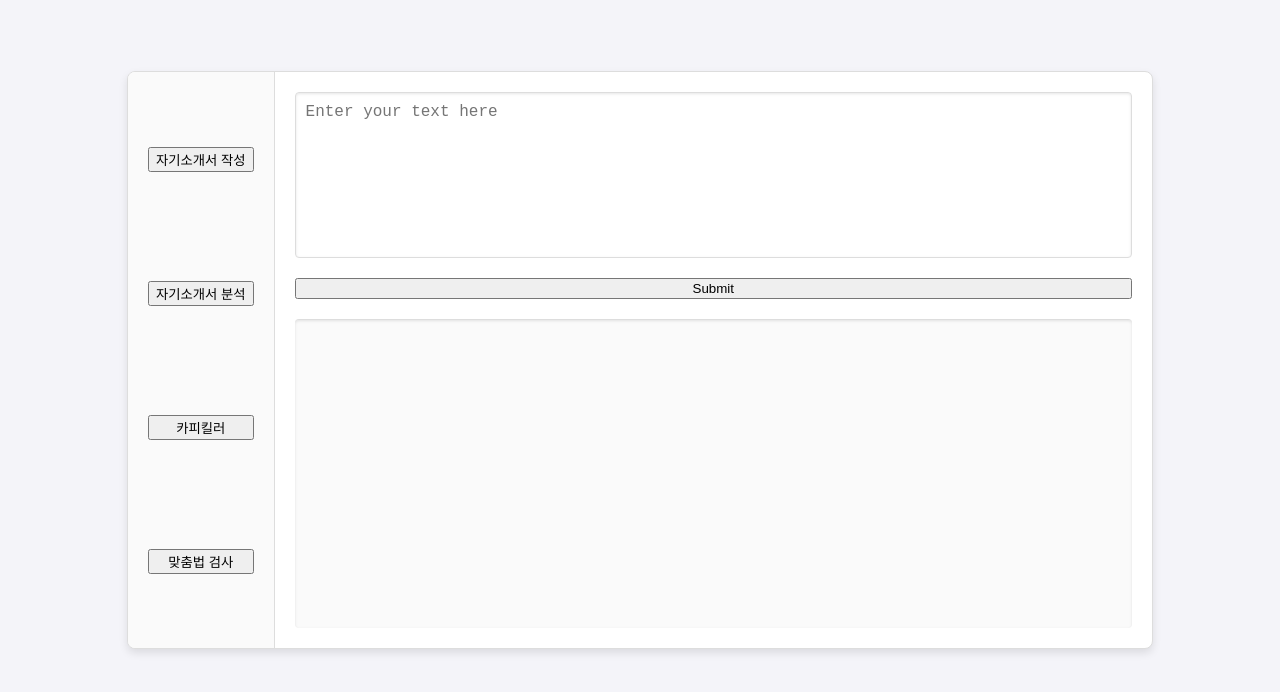
Repository: Choi9912/Flask_IntroduceGPT
Page: http://localhost/
The author's editor kept a copy of each file at every save. The page is drawn from the files as they stood at one save, then again after the next save.
The browser window is 1280 px wide. The pictures show the whole page.
The page is served by the project's application, run on Flask 3 (app.py).

Above is the page before, as saved 2024-07-30 12:15:17.

### templates/index.html
<!doctype html>
<html lang="en">
<head>
    <meta charset="UTF-8">
    <title>AI Q&A</title>
    <link rel="stylesheet" href="{{ url_for('static', filename='style.css') }}">
</head>
<body>
    <div class="container">
        <div class="sidebar">
            <button id="sendBtn">자기소개서 작성</button>
            <button id="analyzeBtn">자기소개서 분석</button>
            <button id="plagiarismBtn">카피킬러</button>
            <button id="spellCheckBtn">맞춤법 검사</button>
        </div>
        <div class="content">
            <textarea id="inputArea" placeholder="Enter your text here" spellcheck="false"></textarea>
            <button id="actionBtn">Submit</button>
            <div id="output"></div>
        </div>
    </div>
    <script src="{{ url_for('static', filename='script.js') }}"></script>
</body>
</html>

### app.py
from flask import Flask, request, jsonify, render_template
import requests
import logging
import os

from dotenv import load_dotenv

load_dotenv()
API_URL = os.getenv('API_URL')
# Configure logging
logging.basicConfig(level=logging.DEBUG)

app = Flask(__name__)

class SelfIntroductionAnalyzer:
    def __init__(self, api_url):
        self.api_url = api_url

    def analyze(self, introduction, method):
        if method == 'iterative_refinement':
            return self.iterative_refinement(introduction)
        elif method == 'step_by_step':
            return self.step_by_step(introduction)
        elif method == 'few_shot':
            return self.few_shot(introduction)
        elif method == 'constraint_setting':
            return self.constraint_setting(introduction)
        else:
            return 'Error: Invalid method'

    def iterative_refinement(self, introduction):
        return self.send_request(self.create_messages(introduction))

    def step_by_step(self, introduction):
        steps = [
            "단계 1: 자기소개서를 분석합니다.",
            "단계 2: 주요 포인트와 주제를 식별합니다.",
            "단계 3: 구조와 일관성을 평가합니다."
        ]
        messages = self.create_messages(introduction, " ".join(steps))
        return self.send_request(messages)

    def few_shot(self, introduction):
        examples = [
            {"role": "user", "content": "자기소개서의 강점을 분석해주세요.", "role": "assistant", "content": "자기소개서의 강점은 명확한 목표 설정과 구체적인 경험 사례입니다."},
            {"role": "user", "content": "자기소개서에서 개선할 점을 알려주세요.", "role": "assistant", "content": "자기소개서의 개선할 점은 내용의 일관성과 논리적 흐름입니다."}
        ]
        messages = self.create_messages(introduction, examples=examples)
        return self.send_request(messages)

    def constraint_setting(self, introduction):
        constraints = "최대한 자세하게 알려주세요."
        messages = self.create_messages(introduction, constraints)
        return self.send_request(messages)

    def create_messages(self, introduction, additional_content="", examples=None):
        messages = [
            {"role": "system", "content": "당신은 자기소개서를 분석하는 AI입니다."},
            {"role": "user", "content": f"다음 자기소개서를 분석해주세요: {introduction} {additional_content}"}
        ]
        if examples:
            messages = [{"role": ex["role"], "content": ex["content"]} for ex in examples] + messages
        return messages

    def send_request(self, messages):
        try:
            response = requests.post(self.api_url, json=messages)
            response.raise_for_status()
            return response.json().get('choices')[0]['message']['content']
        except requests.RequestException as e:
            logging.error(f"Error in SelfIntroductionAnalyzer: {e}")
            return 'Error: Unable to get a response from the API'


class SelfIntroductionWriter:
    def __init__(self, api_url):
        self.api_url = api_url

    def write(self, prompt, method):
        if method == 'iterative_refinement':
            return self.iterative_refinement(prompt)
        elif method == 'step_by_step':
            return self.step_by_step(prompt)
        elif method == 'few_shot':
            return self.few_shot(prompt)
        elif method == 'constraint_setting':
            return self.constraint_setting(prompt)
        else:
            return 'Error: Invalid method'

    def iterative_refinement(self, prompt):
        return self.send_request(self.create_messages(prompt))

    def step_by_step(self, prompt):
        steps = [
            "단계 1. 소제목을 넣자: 자기소개서에 소제목을 추가합니다.",
            "단계 2. 두괄식으로 작성하자: 결론부터 말하고 자세한 내용을 덧붙입니다.",
            "단계 3. 문장을 간결하게, 문단을 나눠서 쓰자: 간결하고 명확한 문장을 사용하고, 적절한 문단 나누기로 가독성을 높입니다."
   ]
        messages = self.create_messages(prompt, " ".join(steps))
        return self.send_request(messages)

    def few_shot(self, prompt):
        examples = [
            {
                "role": "user",
                "content": "자기소개서를 작성해주세요.",
                "role": "assistant",
                "content": (
                    "① 경력 소개: 저는 열정적이고 성실한 사람입니다. "
                    "② 성장 과정: 다양한 경험을 통해 성장했습니다. "
                    "③ 결론: 저의 협력과 도전정신을 바탕으로 회사에 기여하고 싶습니다."
                )
            },
            {
                "role": "user",
                "content": "자기소개서의 핵심을 작성해주세요.",
                "role": "assistant",
                "content": (
                    "- 소개: 저는 협력과 도전정신을 중요시합니다. "
                    "- 경험: 항상 새로운 것을 배우고자 합니다. "
                    "- 목표: 이러한 태도로 귀사에 큰 기여를 하고 싶습니다."
                )
            }
        ]
        messages = self.create_messages(prompt, examples=examples)
        return self.send_request(messages)

    def constraint_setting(self, prompt):
        constraints = "소제목을 포함하고, 두괄식으로 작성하며, 문장을 간결하게 쓰고, 문단을 나누어 주세요."
        messages = self.create_messages(prompt, constraints)
        return self.send_request(messages)

    def create_messages(self, prompt, additional_content="", examples=None):
        messages = [
            {"role": "system", "content": "당신은 자기소개서를 작성하는 AI입니다."},
            {"role": "user", "content": f"다음 프롬프트로 자기소개서를 작성해주세요: {prompt} {additional_content}"}
        ]
        if examples:
            messages = [{"role": ex["role"], "content": ex["content"]} for ex in examples] + messages
        return messages

    def send_request(self, messages):
        try:
            response = requests.post(self.api_url, json=messages)
            response.raise_for_status()
            return response.json().get('choices')[0]['message']['content']
        except requests.RequestException as e:
            logging.error(f"Error in SelfIntroductionWriter: {e}")
            return 'Error: Unable to get a response from the API'



class PlagiarismDetector:
    def __init__(self, api_url):
        self.api_url = api_url

    def check_plagiarism(self, text, method):
        if method == 'iterative_refinement':
            return self.iterative_refinement(text)
        elif method == 'step_by_step':
            return self.step_by_step(text)
        elif method == 'few_shot':
            return self.few_shot(text)
        elif method == 'constraint_setting':
            return self.constraint_setting(text)
        else:
            return 'Error: Invalid method'

    def iterative_refinement(self, text):
        return self.send_request(self.create_messages(text))

    def step_by_step(self, text):
        steps = [
            "단계 1: 텍스트를 분석합니다.",
            "단계 2: 주요 포인트와 주제를 식별합니다.",
            "단계 3: 문장 구조와 단어 선택을 평가합니다.",
            "단계 4: 아이디어의 독창성을 평가합니다.",
            "단계 5: 다른 출처와의 유사성을 평가합니다."
        ]
        messages = self.create_messages(text, " ".join(steps))
        return self.send_request(messages)

    def few_shot(self, text):
        examples = [
            {"role": "user", "content": "다음 텍스트의 표절 여부를 검사해주세요.", "role": "assistant", "content": "이 텍스트는 다음 알려진 텍스트와 유사합니다: [알려진 텍스트]."},
            {"role": "user", "content": "이 텍스트는 표절인가요?", "role": "assistant", "content": "이 텍스트는 [알려진 텍스트]와 유사하므로 표절로 간주됩니다."}
        ]
        messages = self.create_messages(text, examples=examples)
        return self.send_request(messages)

    def constraint_setting(self, text):
        constraints = "텍스트의 모든 부분을 꼼꼼히 검사하고, 문장 구조, 단어 선택, 아이디어의 독창성을 고려하여 다른 출처와의 유사성을 평가해주세요."
        messages = self.create_messages(text, constraints)
        return self.send_request(messages)

    def create_messages(self, text, additional_content="", examples=None):
        messages = [
            {"role": "system", "content": "당신은 텍스트를 분석하여 표절 여부를 판단하는 AI입니다."},
            {"role": "user", "content": f"다음 텍스트의 표절 여부를 검사해주세요: {text} {additional_content}"}
        ]
        if examples:
            messages = [{"role": ex["role"], "content": ex["content"]} for ex in examples] + messages
        return messages

    def send_request(self, messages):
        try:
            response = requests.post(self.api_url, json=messages)
            response.raise_for_status()
            return response.json().get('choices')[0]['message']['content']
        except requests.RequestException as e:
            logging.error(f"Error in PlagiarismDetector: {e}")
            return 'Error: Unable to get a response from the API'



class SpellChecker:
    def __init__(self, api_url):
        self.api_url = api_url

    def check(self, text, method):
        if method == 'iterative_refinement':
            return self.iterative_refinement(text)
        elif method == 'step_by_step':
            return self.step_by_step(text)
        elif method == 'few_shot':
            return self.few_shot(text)
        elif method == 'constraint_setting':
            return self.constraint_setting(text)
        else:
            return 'Error: Invalid method'

    def iterative_refinement(self, text):
        return self.send_request(self.create_messages(text))

    def step_by_step(self, text):
        steps = [
            "단계 1: 텍스트를 분석합니다.",
            "단계 2: 철자 오류를 식별합니다.",
            "단계 3: 문법 오류를 식별합니다.",
            "단계 4: 문장 구조를 평가합니다.",
            "단계 5: 전체 텍스트의 일관성을 평가합니다."
        ]
        messages = self.create_messages(text, " ".join(steps))
        return self.send_request(messages)

    def few_shot(self, text):
        examples = [
            {"role": "user", "content": "다음 텍스트의 맞춤법을 검사해주세요.", "role": "assistant", "content": "이 텍스트에는 다음과 같은 철자 오류가 있습니다: [오류 예시]."},
            {"role": "user", "content": "이 텍스트의 문법 오류를 수정해주세요.", "role": "assistant", "content": "이 텍스트에는 다음과 같은 문법 오류가 있습니다: [오류 예시]."}
        ]
        messages = self.create_messages(text, examples=examples)
        return self.send_request(messages)

    def constraint_setting(self, text):
        constraints = "텍스트의 철자와 문법을 철저히 검사하고, 문장 구조와 일관성을 고려하여 전체 텍스트를 평가해주세요."
        messages = self.create_messages(text, constraints)
        return self.send_request(messages)

    def create_messages(self, text):
        return [
            {"role": "system", "content": "당신은 맞춤법 검사 AI입니다."},
            {"role": "user", "content": f"다음 글의 맞춤법을 확인해주세요: {text}"}
        ]

    def send_request(self, messages):
        try:
            response = requests.post(self.api_url, json=messages)
            response.raise_for_status()
            return response.json().get('choices')[0]['message']['content']
        except requests.RequestException as e:
            logging.error(f"Error in SpellChecker: {e}")
            return 'Error: Unable to get a response from the API'


class PromptOptimizerApp:
    def __init__(self, analyzer, writer, plagiarism_detector, spell_checker):
        self.app = Flask(__name__)
        self.analyzer = analyzer
        self.writer = writer
        self.plagiarism_detector = plagiarism_detector
        self.spell_checker = spell_checker
        self.setup_routes()

    def setup_routes(self):
        self.app.add_url_rule('/', 'index', self.index)
        self.app.add_url_rule('/generate', 'generate', self.generate, methods=['POST'])
        self.app.add_url_rule('/analyze', 'analyze', self.analyze_route, methods=['POST'])
        self.app.add_url_rule('/write', 'write', self.write_route, methods=['POST'])
        self.app.add_url_rule('/plagiarism_check', 'plagiarism_check', self.plagiarism_check_route, methods=['POST'])
        self.app.add_url_rule('/spell_check', 'spell_check', self.spell_check_route, methods=['POST'])

    def index(self):
        return render_template('index.html')

    def generate(self):
        data = request.get_json()
        question = data.get('question')
        logging.debug(f"Received question: {question}")

        answer = self.writer.iterative_refinement(question)
        return jsonify({'answer': answer})

    def analyze_route(self):
        data = request.get_json()
        introduction = data.get('introduction')
        method = data.get('method', 'iterative_refinement')  # Default to 'iterative_refinement'
        logging.debug(f"Received introduction: {introduction} with method: {method}")
        analysis = self.analyzer.analyze(introduction, method)
        return jsonify({'analysis': analysis})

    def write_route(self):
        data = request.get_json()
        prompt = data.get('prompt')
        method = data.get('method', 'iterative_refinement')  # Default to 'iterative_refinement'
        logging.debug(f"Received prompt: {prompt} with method: {method}")
        writing = self.writer.write(prompt, method)
        return jsonify({'writing': writing})

    def plagiarism_check_route(self):
        data = request.get_json()
        text = data.get('text')
        method = data.get('method', 'iterative_refinement')  # Default to 'iterative_refinement'
        logging.debug(f"Received text for plagiarism check: {text} with method: {method}")
        report = self.plagiarism_detector.check_plagiarism(text, method)

        return jsonify({'plagiarism_report': report})


    def spell_check_route(self):
        data = request.get_json()
        text = data.get('text')
        method = data.get('method', 'iterative_refinement')  # Default to 'iterative_refinement'
        logging.debug(f"Received text for spell check: {text} with method: {method}")
        report = self.spell_checker.check(text, method)
        return jsonify({'spell_check_report': report})

    def run(self):
        self.app.run(debug=True)

if __name__ == '__main__':
    analyzer = SelfIntroductionAnalyzer(API_URL)
    writer = SelfIntroductionWriter(API_URL)
    plagiarism_detector = PlagiarismDetector(API_URL)
    spell_checker = SpellChecker(API_URL)
    app_instance = PromptOptimizerApp(analyzer, writer, plagiarism_detector, spell_checker)
    app_instance.run()

### static/style.css
body {
    display: flex;
    justify-content: center;
    align-items: center;
    height: 100vh;
    margin: 0;
    font-family: Arial, sans-serif;
    background-color: #f4f4f9;
}

.container {
    display: flex;
    border: 1px solid #ddd;
    border-radius: 8px;
    box-shadow: 0 4px 8px rgba(0, 0, 0, 0.1);
    width: 80%;
    height: 80%;
    background-color: #fff;
    overflow: hidden;
    animation: fadeIn 1s ease-in-out;
}

.sidebar {
    display: flex;
    flex-direction: column;
    justify-content: space-around;
    padding: 20px;
    border-right: 1px solid #ddd;
    background-color: #fafafa;
    animation: slideIn 0.5s ease-in-out;
}

.sidebar-btn {
    padding: 15px;
    margin: 10px 0;
    border: 1px solid #ddd;
    border-radius: 4px;
    background-color: #ffffff;
    cursor: pointer;
    font-size: 16px;
    transition: background-color 0.3s, box-shadow 0.3s, transform 0.3s;
}

.sidebar-btn:hover {
    background-color: #f0f0f0;
    box-shadow: 0 4px 8px rgba(0, 0, 0, 0.1);
    transform: translateY(-2px);
}

.content {
    flex: 1;
    display: flex;
    flex-direction: column;
    padding: 20px;
    position: relative;
    animation: fadeIn 1s ease-in-out;
}

#inputArea {
    flex: 1;
    margin-bottom: 20px;
    padding: 10px;
    font-size: 16px;
    border: 1px solid #ddd;
    border-radius: 4px;
    resize: none;
    box-shadow: inset 0 1px 3px rgba(0, 0, 0, 0.1);
    transition: border-color 0.3s, box-shadow 0.3s;
}

#inputArea:focus {
    border-color: #007bff;
    box-shadow: 0 0 5px rgba(0, 123, 255, 0.5);
}

.submit-btn {
    position: absolute;
    top: 20px;
    right: 20px;
    padding: 10px 20px;
    cursor: pointer;
    background-color: #007bff;
    color: #fff;
    border: none;
    border-radius: 4px;
    font-size: 16px;
    transition: background-color 0.3s, box-shadow 0.3s, transform 0.3s;
}

.submit-btn:hover {
    background-color: #0056b3;
    box-shadow: 0 4px 8px rgba(0, 0, 0, 0.1);
    transform: translateY(-2px);
}

#output {
    flex: 2;
    margin-top: 20px;
    border-top: 1px solid #ddd;
    padding: 10px;
    overflow-y: auto;
    background-color: #fafafa;
    border-radius: 4px;
    box-shadow: inset 0 1px 3px rgba(0, 0, 0, 0.1);
    animation: fadeIn 1s ease-in-out;
}

/* Animations */
@keyframes fadeIn {
    from { opacity: 0; }
    to { opacity: 1; }
}

@keyframes slideIn {
    from { transform: translateX(-100%); }
    to { transform: translateX(0); }
}

### static/script.js
document.addEventListener('DOMContentLoaded', function() {
    const sendBtn = document.getElementById('sendBtn');
    const analyzeBtn = document.getElementById('analyzeBtn');
    const plagiarismBtn = document.getElementById('plagiarismBtn');
    const spellCheckBtn = document.getElementById('spellCheckBtn');
    const actionBtn = document.getElementById('actionBtn');
    const inputArea = document.getElementById('inputArea');
    const outputDiv = document.getElementById('output');

    let currentAction = null;

    sendBtn.addEventListener('click', () => {
        currentAction = 'generate';
        inputArea.placeholder = 'Enter your question here';
    });

    analyzeBtn.addEventListener('click', () => {
        currentAction = 'analyze';
        inputArea.placeholder = 'Enter your self-introduction here';
    });

    plagiarismBtn.addEventListener('click', () => {
        currentAction = 'plagiarism_check';
        inputArea.placeholder = 'Enter your text for plagiarism check';
    });

    spellCheckBtn.addEventListener('click', () => {
        currentAction = 'spell_check';
        inputArea.placeholder = 'Enter your text for spell check';
    });

    actionBtn.addEventListener('click', () => {
        const text = inputArea.value;
        if (text.trim() === '' || !currentAction) return;

        let url;
        const body = {};

        switch (currentAction) {
            case 'generate':
                url = '/generate';
                body.question = text;
                break;
            case 'analyze':
                url = '/analyze';
                body.introduction = text;
                body.method = 'iterative_refinement'; // Default method
                break;
            case 'plagiarism_check':
                url = '/plagiarism_check';
                body.text = text;
                body.method = 'iterative_refinement'; // Default method
                break;
            case 'spell_check':
                url = '/spell_check';
                body.text = text;
                body.method = 'iterative_refinement'; // Default method
                break;
            default:
                return;
        }

        console.log(`Sending request to ${url} with body:`, body);

        actionBtn.disabled = true;
        outputDiv.textContent = 'Loading...';

        fetch(url, {
            method: 'POST',
            headers: {
                'Content-Type': 'application/json'
            },
            body: JSON.stringify(body)
        })
        .then(response => response.json())
        .then(data => {
            console.log('Received response:', data);
            let resultText;
            switch (currentAction) {
                case 'generate':
                    resultText = `Generated Response: ${data.answer || 'No response'}`;
                    break;
                case 'analyze':
                    resultText = `Analysis Result: ${data.analysis || 'No response'}`;
                    break;
                case 'plagiarism_check':
                    resultText = `Plagiarism Report: ${data.plagiarism_report || 'No report'}`;
                    break;
                case 'spell_check':
                    resultText = `Spell Check Report: ${data.spell_check_report || 'No report'}`;
                    break;
                default:
                    resultText = 'No valid action performed.';
            }
            outputDiv.textContent = resultText;
        })
        .catch(error => {
            console.error('Error:', error);
            outputDiv.textContent = 'Error: Unable to get a response from the server.';
        })
        .finally(() => {
            // Re-enable the action button and clear the input
            actionBtn.disabled = false;
            inputArea.value = '';
        });
    });
});

After the next save:
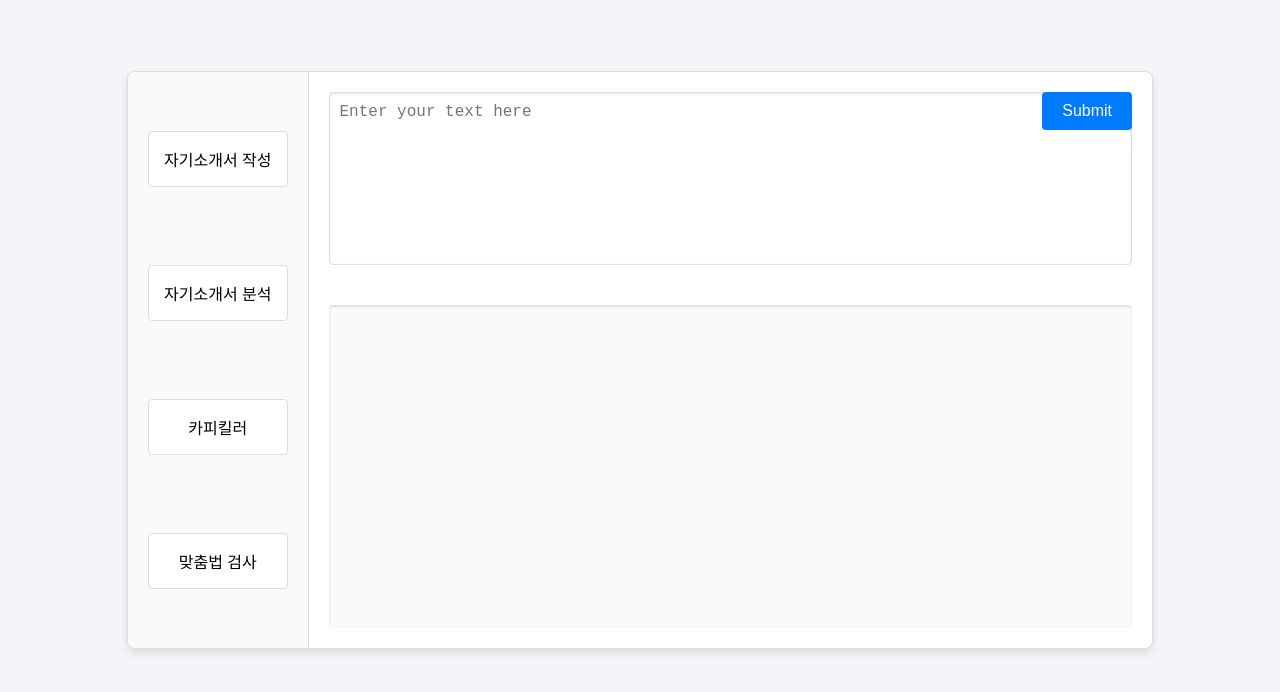
Saved 89 s later.
--- a/templates/index.html
+++ b/templates/index.html
@@ -3,22 +3,23 @@
 <head>
     <meta charset="UTF-8">
     <title>AI Q&A</title>
-    <link rel="stylesheet" href="{{ url_for('static', filename='style.css') }}">
+    <link rel="stylesheet" href="style.css">
+    <link href="https://fonts.googleapis.com/css2?family=Roboto:wght@400;500;700&display=swap" rel="stylesheet">
 </head>
 <body>
     <div class="container">
         <div class="sidebar">
-            <button id="sendBtn">자기소개서 작성</button>
-            <button id="analyzeBtn">자기소개서 분석</button>
-            <button id="plagiarismBtn">카피킬러</button>
-            <button id="spellCheckBtn">맞춤법 검사</button>
+            <button class="sidebar-btn" id="sendBtn">자기소개서 작성</button>
+            <button class="sidebar-btn" id="analyzeBtn">자기소개서 분석</button>
+            <button class="sidebar-btn" id="plagiarismBtn">카피킬러</button>
+            <button class="sidebar-btn" id="spellCheckBtn">맞춤법 검사</button>
         </div>
         <div class="content">
             <textarea id="inputArea" placeholder="Enter your text here" spellcheck="false"></textarea>
-            <button id="actionBtn">Submit</button>
+            <button class="submit-btn" id="actionBtn">Submit</button>
             <div id="output"></div>
         </div>
     </div>
-    <script src="{{ url_for('static', filename='script.js') }}"></script>
+    <script src="script.js"></script>
 </body>
 </html>
